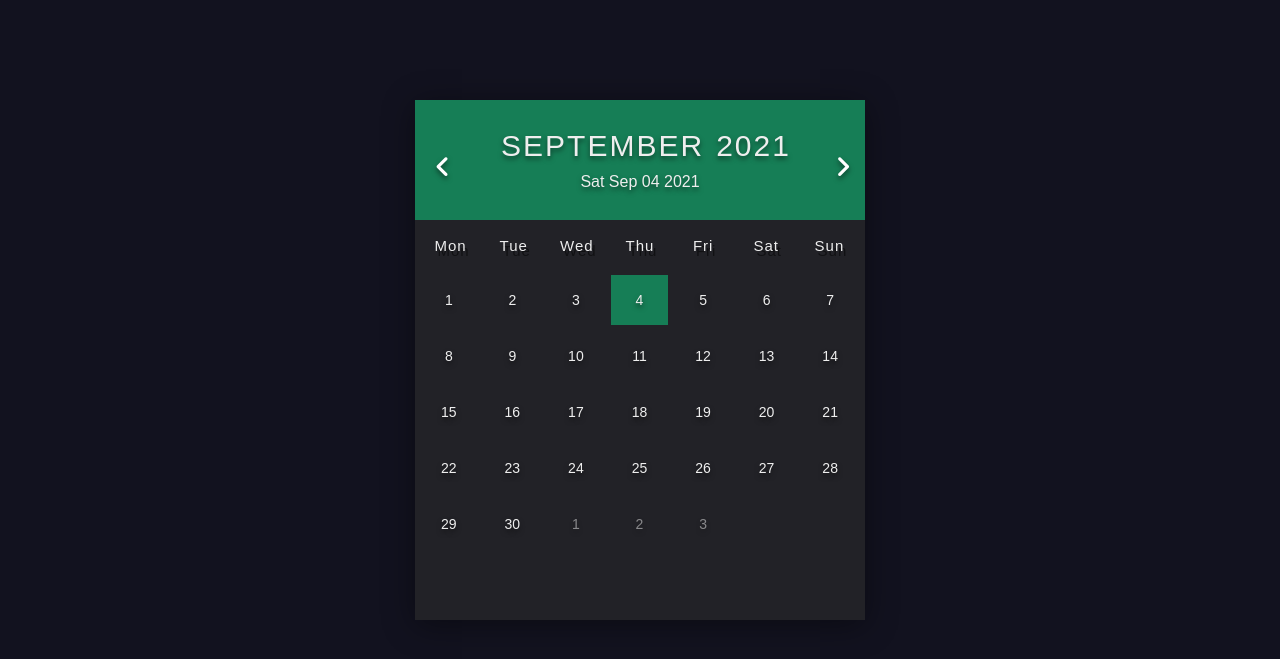
Repository: dboinska/calendar
Page: index.html
These files come from the project's save history. The page is drawn as it stood at one moment and after the next save; the edit follows.
The browser window is 1280 px wide. The pictures show the whole page.
Some web libraries are served in a nearby version.

Above is the page before, as saved 2021-09-06 18:17:18.

### index.html
<!DOCTYPE html>
<html lang="en">
  <head>
    <meta charset="UTF-8" />
    <meta http-equiv="X-UA-Compatible" content="IE=edge" />
    <meta name="viewport" content="width=device-width, initial-scale=1.0" />
    <title>Calendar</title>
    <script
      src="https://kit.fontawesome.com/5567926149.js"
      crossorigin="anonymous"
    ></script>
    <link rel="stylesheet" href="style.css" />
  </head>
  <body>
    <div class="container">
      <div class="calendar">
        <div class="month">
          <i class="fas fa-angle-left prev"></i>
          <div class="date">
            <div class="header">
              <h1></h1>
              <h2></h2>
            </div>
            <p></p>
          </div>
          <i class="fas fa-angle-right next"></i>
        </div>
        <div class="weekdays">
          <div>Mon</div>
          <div>Tue</div>
          <div>Wed</div>
          <div>Thu</div>
          <div>Fri</div>
          <div>Sat</div>
          <div>Sun</div>
        </div>
        <div class="days"></div>
      </div>
    </div>
    <script src="script.js"></script>
  </body>
</html>

### style.css
* {
  margin: 0;
  padding: 0;
  box-sizing: border-box;
  font-family: "Quicksand", sans-serif;
}

html {
  font-size: 62.5%;
}

.container {
  width: 100%;
  height: 100vh;
  background-color: #12121f;
  color: #eee;
  display: flex;
  justify-content: center;
  align-items: center;
}

.calendar {
  width: 45rem;
  height: 52rem;
  background-color: #222227;
  box-shadow: 0 0.5rem 3rem rgba(0, 0, 0, 0.4);
}

.fas {
  height: 10px;
  width: 10px;
  color: white;
}

.month {
  width: 100%;
  height: 12rem;
  background-color: #167e56;
  display: flex;
  justify-content: space-between;
  align-items: center;
  padding: 0 2rem;
  text-align: center;
  text-shadow: 0 0.3rem 0.5rem rgba(0, 0, 0, 0.5);
}

.month i {
  font-size: 2.5rem;
  cursor: pointer;
}

.month h1,
h2 {
  font-size: 3rem;
  font-weight: 400;
  text-transform: uppercase;
  letter-spacing: 0.2rem;
  margin-bottom: 1rem;
  padding-left: 1.2rem;
}

.month p {
  font-size: 1.6rem;
}

.weekdays {
  width: 100%;
  height: 5rem;
  padding: 0 0.4rem;
  display: flex;
  align-items: center;
}

.weekdays div {
  font-size: 1.5rem;
  font-weight: 400;
  letter-spacing: 0.1rem;
  width: calc(44.2rem / 7);
  display: flex;
  justify-content: center;
  align-items: center;
  text-shadow: 0.3rem 0.5rem rgba(0, 0, 0, 0.5);
}

.days {
  width: 100%;
  display: flex;
  flex-wrap: wrap;
  padding: 0.2rem;
}

.days div {
  font-size: 1.4rem;
  margin: 0.3rem;
  width: calc(40.3rem / 7);
  height: 5rem;
  display: flex;
  justify-content: center;
  align-items: center;
  text-shadow: 0 0.3rem 0.5rem rgba(0, 0, 0, 0.5);
  transition: background-color 0.2s;
}

.days div:hover:not(.today) {
  background-color: #262626;
  border: 2rem solid #777;
  cursor: pointer;
}

.prev-date,
.next-date {
  opacity: 0.5;
}

.header {
  display: flex;
}

.today,
.clickedDay {
  background-color: #167e56;
}

### script.js
const date = new Date();
const renderCalendar = () => {
  const monthDays = document.querySelector(".days");
  const d = new Date(date.getFullYear(), date.getMonth() + 1, 0);
  const lastDay = new Date(
    date.getFullYear(),
    date.getMonth() + 1,
    0
  ).getDate();
  const prevLastDay = new Date(
    date.getFullYear(),
    date.getMonth(),
    0
  ).getDate();
  const firstDayIndex = date.getDay();
  const lastDayIndex = new Date(
    date.getFullYear(),
    date.getMonth(),
    0
  ).getDay();
  console.log(lastDayIndex);
  console.log(lastDay);

  const nextDays = 7 - lastDayIndex - 1;
  const months = [
    "January",
    "February",
    "March",
    "April",
    "May",
    "June",
    "July",
    "August",
    "September",
    "October",
    "November",
    "December",
  ];

  document.querySelector(".date h1").textContent = months[date.getMonth()];
  document.querySelector(".date h2").textContent = date.getFullYear();

  document.querySelector(".date p").textContent = new Date().toDateString();

  let days = "";

  if (lastDayIndex !== 0) {
    for (let x = firstDayIndex + 1; x > 0; x--) {
      let div = document.createElement("div");
      div.textContent = prevLastDay - x + 1;
      div.className = "prev-date";
      monthDays.appendChild(div);
      //days += `<div class="prev-date">${prevLastDay - x + 1}</div>`;
    }
    //  console.log(firstDayIndex - 1, "nie poniedziałek");
  }

  for (let i = 1; i <= lastDay; i++) {
    if (
      i === new Date().getDate() &&
      date.getMonth() === new Date().getMonth()
    ) {
      days += `<div class="today">${i}</div>`;
    } else {
      days += `<div>${i}</div>`;
    }

    monthDays.innerHTML = days;
  }
  console.log(
    "next days",
    nextDays,
    "last day index",
    lastDayIndex,
    "firstdayindex",
    firstDayIndex,
    "prevlastday",
    prevLastDay,
    "d",
    d.getDay()
  );
  //for (let j = 1; j <= nextDays - 1; j++) {
  if (d.getDay() !== 0) {
    for (let j = 1; j <= 7 - d.getDay(); j++) {
      let div = document.createElement("div");
      div.textContent = j;
      div.className = "next-date";
      monthDays.appendChild(div);
      // days += `<div class="next-date">${j}</div>`;
      //monthDays.innerHTML = days;
    }
  }
};
// date.setDate(1);
// console.log(date.getDay());
// const month = date.getMonth();
// console.log(month);

const prevMonth = document.querySelector(".prev");
const nextMonth = document.querySelector(".next");

prevMonth.addEventListener("click", backToPrevMonth);

document.addEventListener("keydown", function (e) {
  if (e.keyCode == "37") {
    backToPrevMonth();
  }
});

nextMonth.addEventListener("click", goToNextMonth);

document.addEventListener("keydown", function (e) {
  if (e.keyCode == "39") {
    goToNextMonth();
  }
});

function backToPrevMonth() {
  date.setMonth(date.getMonth() - 1);
  console.log("month", date.getMonth());
  renderCalendar();
}

function goToNextMonth() {
  date.setMonth(date.getMonth() + 1);
  console.log("month", date.getMonth());
  renderCalendar();
}

const days = [...document.querySelectorAll(".days div")];
function clickDay(day) {
  days.addEventListener("click", () => {
    day.classList.add("clickedDay");
  });
}
console.log(days);

renderCalendar();

After the next save:
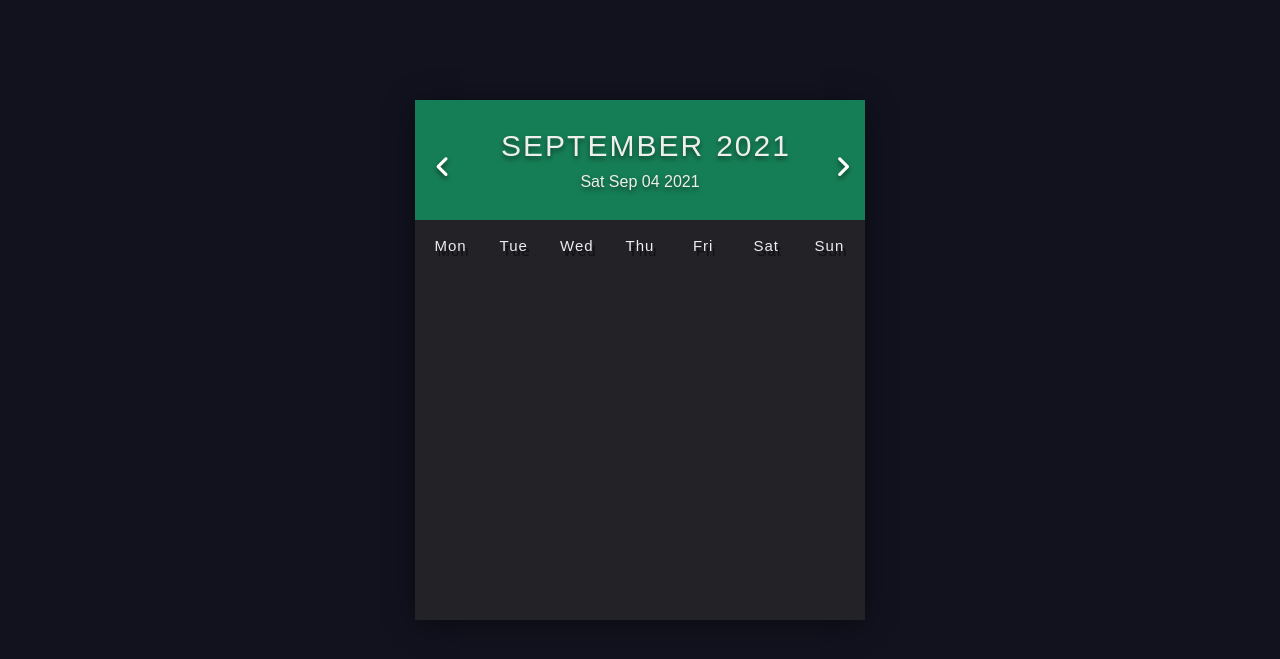
Console error: ReferenceError: calc is not defined
Saved 41 s later.
--- a/script.js
+++ b/script.js
@@ -47,7 +47,7 @@
   if (lastDayIndex !== 0) {
     for (let x = firstDayIndex + 1; x > 0; x--) {
       let div = document.createElement("div");
-      div.textContent = prevLastDay - x + 1;
+      div.textContent = calc(prevLastDay - x + 1);
       div.className = "prev-date";
       monthDays.appendChild(div);
       //days += `<div class="prev-date">${prevLastDay - x + 1}</div>`;

After the save that followed:
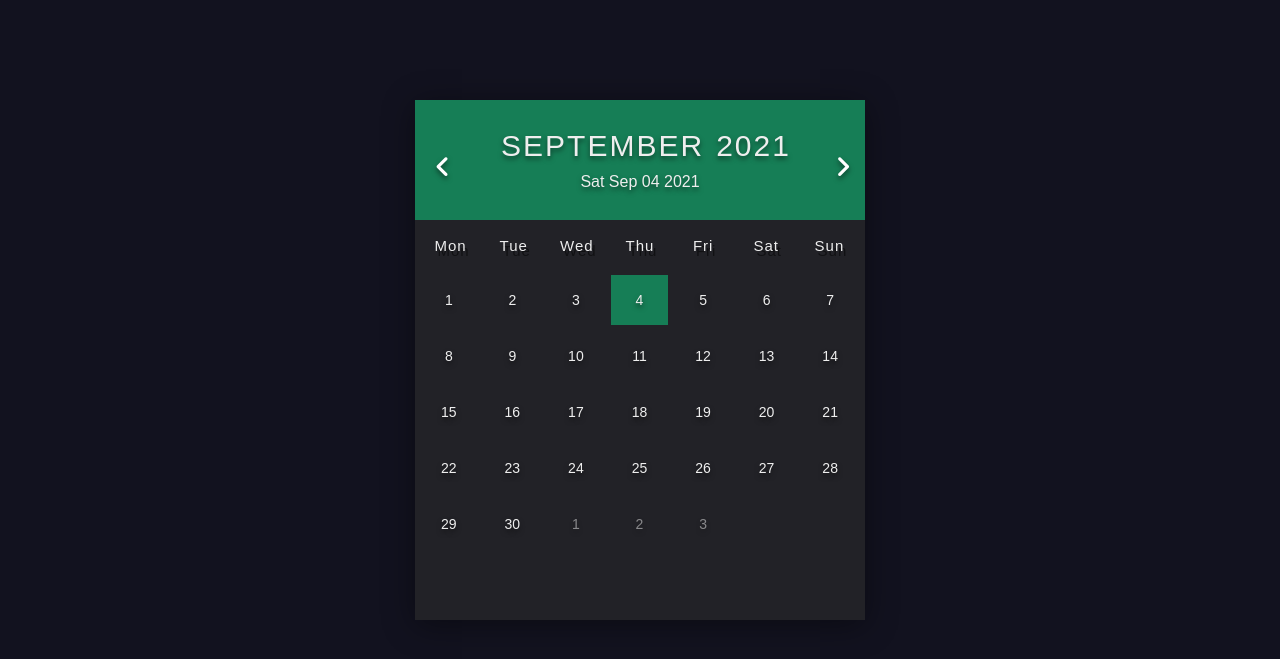
The error is gone.
Saved 7 s later.
--- a/script.js
+++ b/script.js
@@ -47,7 +47,7 @@
   if (lastDayIndex !== 0) {
     for (let x = firstDayIndex + 1; x > 0; x--) {
       let div = document.createElement("div");
-      div.textContent = calc(prevLastDay - x + 1);
+      div.textContent = prevLastDay - x + 1;
       div.className = "prev-date";
       monthDays.appendChild(div);
       //days += `<div class="prev-date">${prevLastDay - x + 1}</div>`;
